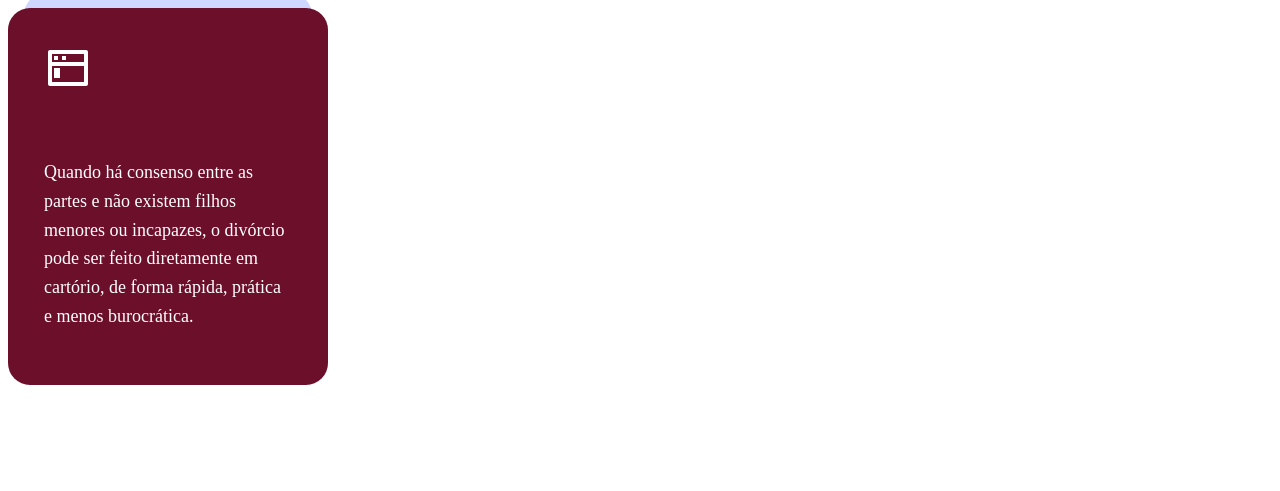
Repository: EmanuelVieiira/landing-page-advocacia
Page: teste.html
These files come from the project's save history. The page is drawn as it stood at one moment and after the next save; the edit follows.
The browser window is 1280 px wide. The pictures show the whole page.

Above is the page before, as saved 2026-02-04 22:35:16.

### teste.html
<!DOCTYPE html>
<html lang="en">
<head>
    <meta charset="UTF-8">
    <meta name="viewport" content="width=device-width, initial-scale=1.0">
    <title>Document</title>
    <style>
        .card {
  position: relative;
  display: flex;
  align-items: center;
  justify-content: center;
  width: 320px;
  border-radius: 24px;
  line-height: 1.6;
  transition: all 0.48s cubic-bezier(0.23, 1, 0.32, 1);
}

.content {
  display: flex;
  flex-direction: column;
  align-items: flex-start;
  justify-content: center;
  gap: 24px;
  padding: 36px;
  border-radius: 22px;
  color: #ffffff;
  overflow: hidden;
  background: #6B0F2A;
  transition: all 0.48s cubic-bezier(0.23, 1, 0.32, 1);
}

.content::before {
  position: absolute;
  content: "";
  top: -4%;
  left: 50%;
  width: 90%;
  height: 90%;
  transform: translate(-50%);
  background: #ced8ff;
  z-index: -1;
  transform-origin: bottom;

  border-radius: inherit;
  transition: all 0.48s cubic-bezier(0.23, 1, 0.32, 1);
}

.content::after {
  position: absolute;
  content: "";
  top: -8%;
  left: 50%;
  width: 80%;
  height: 80%;
  transform: translate(-50%);
  background: #e7ecff;
  z-index: -2;
  transform-origin: bottom;
  border-radius: inherit;
  transition: all 0.48s cubic-bezier(0.23, 1, 0.32, 1);
}

.content svg {
  width: 48px;
  height: 48px;
}

.content .para {
  z-index: 1;
  opacity: 1;
  font-size: 18px;
  transition: all 0.48s cubic-bezier(0.23, 1, 0.32, 1);
}

.content .link {
  z-index: 1;
  color: #fea000;
  text-decoration: none;
  font-family: inherit;
  font-size: 16px;
  transition: all 0.48s cubic-bezier(0.23, 1, 0.32, 1);
}

.content .link:hover {
  text-decoration: underline;
}

.card:hover {
  transform: translate(0px, -16px);
}

.card:hover .content::before {
  rotate: -8deg;
  top: 0;
  width: 100%;
  height: 100%;
}

.card:hover .content::after {
  rotate: 8deg;
  top: 0;
  width: 100%;
  height: 100%;
}

    </style>
</head>
<body>
    <div class="card">
  <div class="content">
    <svg
      fill="currentColor"
      viewBox="0 0 24 24"
      xmlns="http://www.w3.org/2000/svg"
    >
      <path
        d="M20 9V5H4V9H20ZM20 11H4V19H20V11ZM3 3H21C21.5523 3 22 3.44772 22 4V20C22 20.5523 21.5523 21 21 21H3C2.44772 21 2 20.5523 2 20V4C2 3.44772 2.44772 3 3 3ZM5 12H8V17H5V12ZM5 6H7V8H5V6ZM9 6H11V8H9V6Z"
      ></path>
    </svg>
    <div>

    </div>
    <p class="para">
     Quando há consenso entre as partes e não existem filhos menores ou incapazes, o divórcio pode ser feito diretamente em cartório, de forma rápida, prática e menos burocrática.
    </p>
  </div>
</div>

</body>
</html>

After the next save:
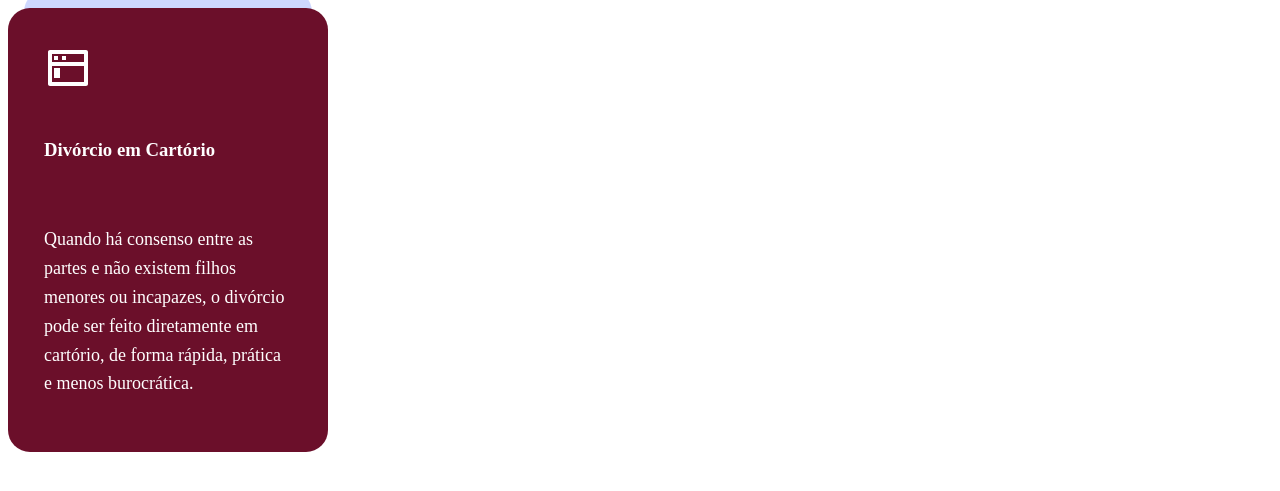
Saved 4 s later.
--- a/teste.html
+++ b/teste.html
@@ -119,7 +119,7 @@
       ></path>
     </svg>
     <div>
-
+        <h3>Divórcio em Cartório</h3>
     </div>
     <p class="para">
      Quando há consenso entre as partes e não existem filhos menores ou incapazes, o divórcio pode ser feito diretamente em cartório, de forma rápida, prática e menos burocrática.
